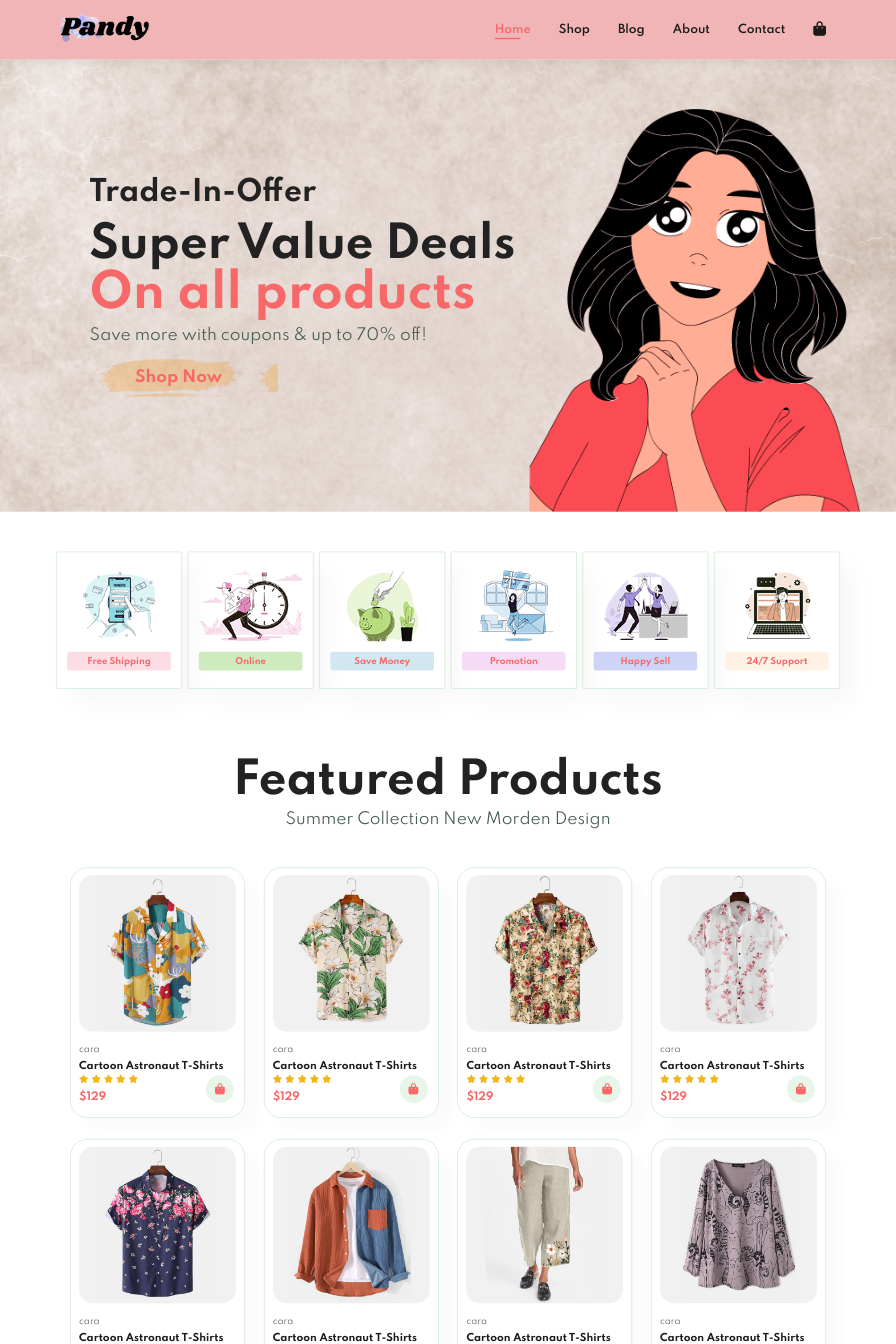
Repository: NassimeElkamari/Pandy-store-Frontend
Page: index.html
The author's editor kept a copy of each file at every save. The page is drawn from the files as they stood at one save, then again after the next save.
The browser window is 1280 px wide. The pictures show the part of the page from y = 0 to 1920 px (the page is 3817 px tall), at 70% of full size.

Above is the page before, as saved 2024-10-05 12:31:34.

After the next save:
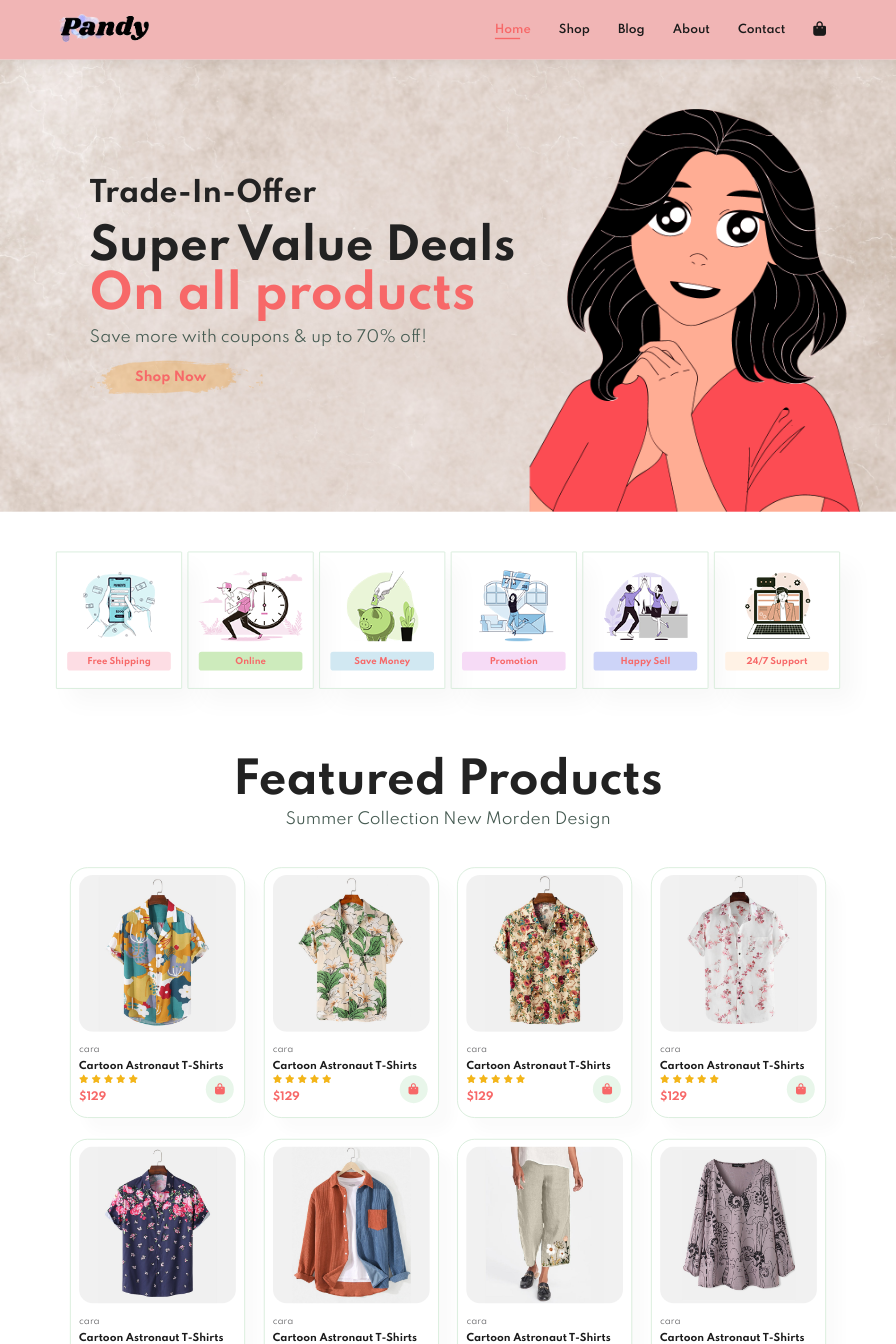
Saved 7 s later.
--- a/style.css
+++ b/style.css
@@ -61,7 +61,7 @@ a {
 }
 
 .shop{
-    font-size: 22px;
+    font-size: 18px;
 }
 
 button.normal {
